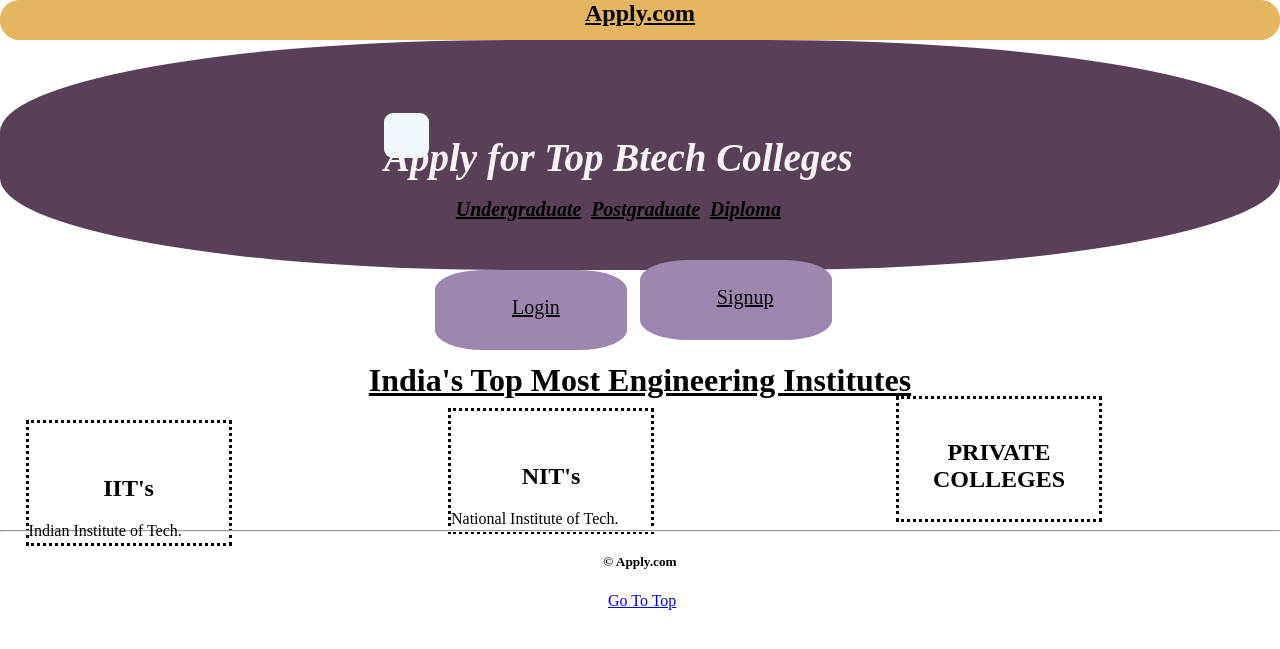
Repository: dashmeenkalra/dashmeen_kalra
Page: css/btech.html
These files come from the project's save history. The page is drawn as it stood at one moment and after a run of saves; the edit follows.
The browser window is 1280 px wide. The pictures show the whole page.

Above is the page before, as saved 2023-03-07 10:05:44.

After the next 2 saves:
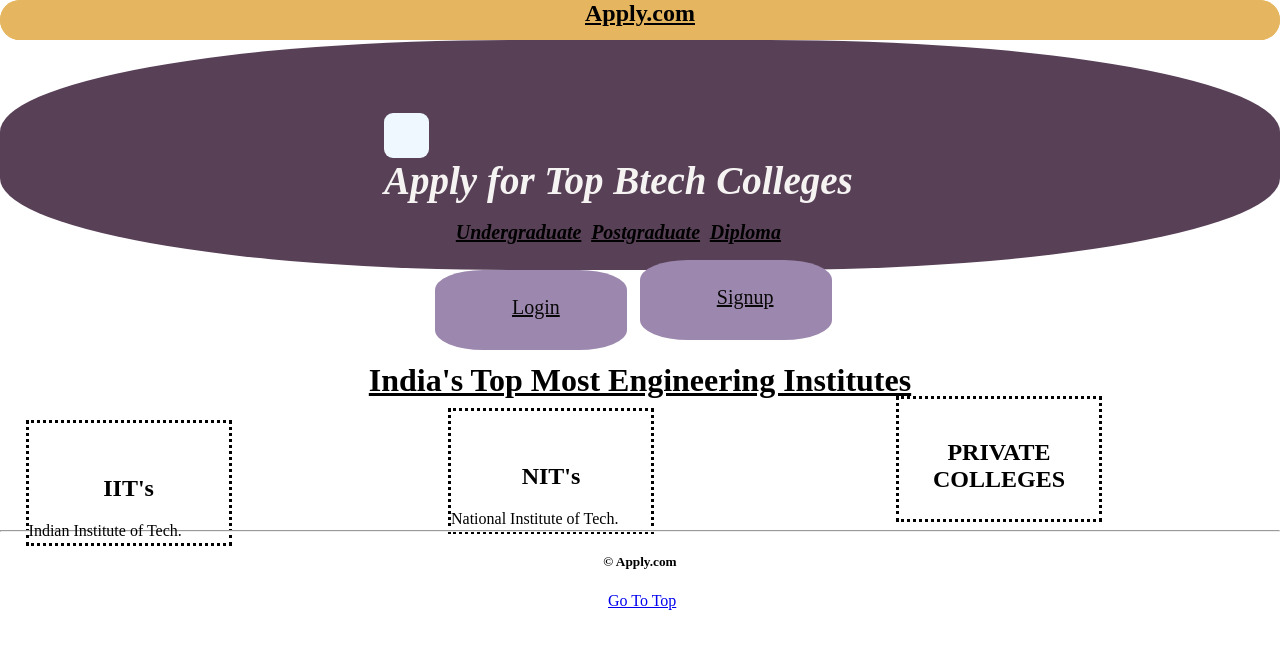
The 2 saves are shown as one change because they came seconds apart.
The last was saved 17 s later.
--- a/css/btech.css
+++ b/css/btech.css
@@ -22,7 +22,6 @@ header > h2{
     border-radius: 20%;
     background-color: aliceblue;
     margin-top: -9%;
-    margin-bottom: -5%;
 }
 .wri{
     text-align: center;
